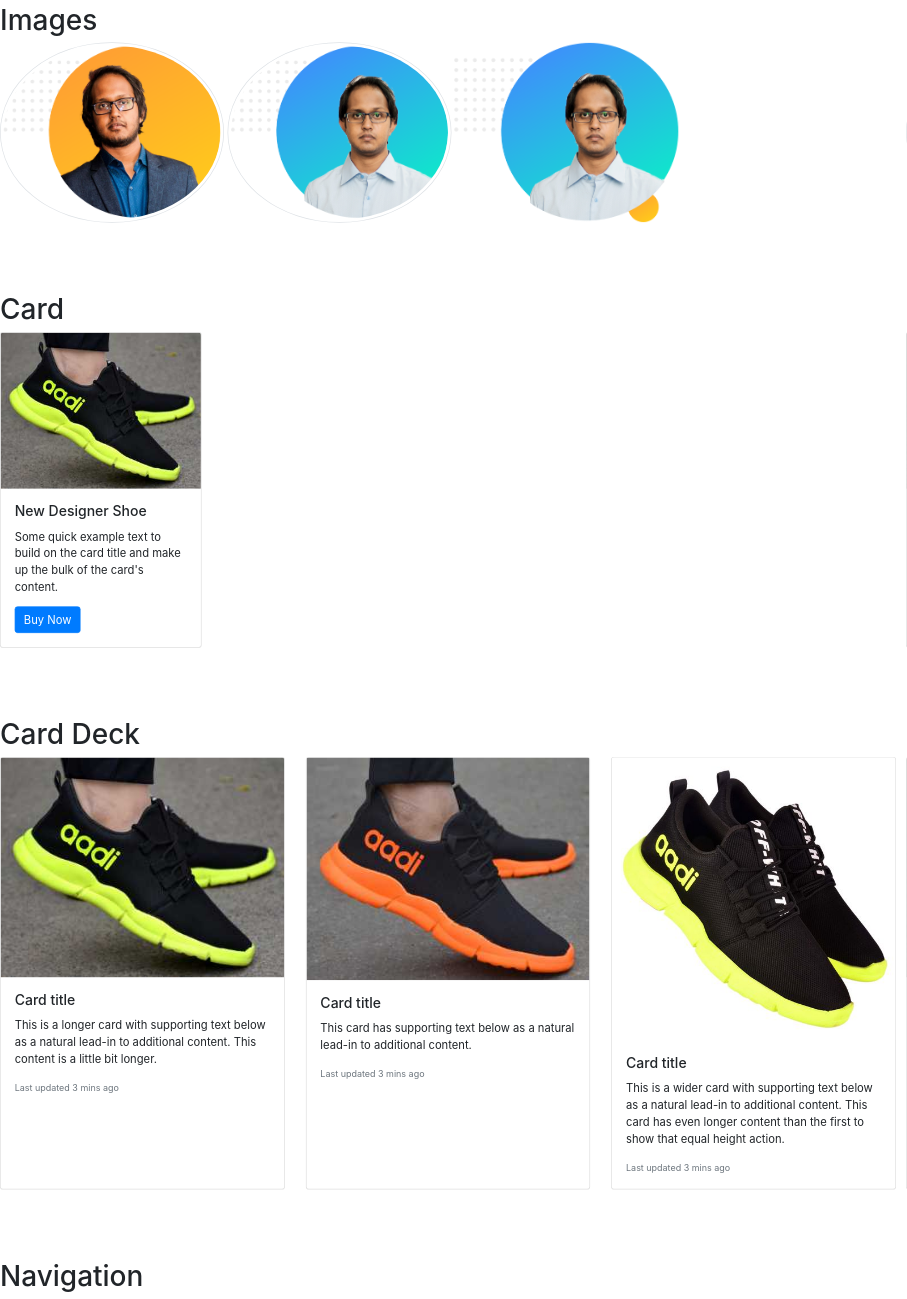
Repository: mohsinfarabi/bootstrap-practice
Page: index.html
These files come from the project's save history. The page is drawn as it stood at one moment and after the next save; the edit follows.
The browser window is 1280 px wide. The page is 1295 px wide, so the pictures cover 1295 px, including what lies to the right of the window. The pictures show the part of the page from y = 1165 to 3045 px (the page is 3021 px tall before and 3045 px after), at 70% of full size.

Above is the page before, as saved 2020-07-06 03:18:09.

### index.html
<!DOCTYPE html>
<html lang="en">

<head>
    <meta charset="UTF-8">
    <meta name="viewport" content="width=device-width, initial-scale=1.0">
    <title>Document</title>
    <link rel="stylesheet" href="css\bootstrap\css\bootstrap.min.css">
    <style>
        h1 {
            margin-top: 100px;
        }
    </style>
</head>

<body>
    <h1>Hello From Bootstrap</h1>
    <h1>Buttons</h1>
    <button class="btn btn-primary">My Button</button>
    <button class="btn btn-secondary">My Secondary</button>
    <button class="btn btn-success">Success</button>
    <button class="btn btn-warning">Warning</button>
    <button class="btn btn-danger">Danger</button>

    <h1>Colors</h1>
    <p class="text-primary">This is my first paragraph</p>
    <p class="text-danger">I am the dangerman</p>

    <h1>Backgrounds</h1>
    <div class="bg-primary text-white">
        <h1>My news</h1>
        <p>I am Learning Bootstrap</p>
    </div>
    <div class="bg-warning text-white">
        <h1>My Hobby</h1>
        <p>Scroll facebook and watch moview</p>
    </div>

    <h1>Images</h1>
    <img src="images/profile1.png" class="img-fluid w-25 rounded-circle img-thumbnail" alt="">
    <img src="images/profile2.png" class="img-fluid w-25 rounded-circle img-thumbnail" alt="">
    <img src="images/profile2.png" class="img-fluid w-25" alt="">

    <h1>Card</h1>
    <div class="card" style="width: 18rem;">
        <img src="images/card1.jpeg" class="card-img-top" alt="...">
        <div class="card-body">
            <h5 class="card-title">New Designer Shoe</h5>
            <p class="card-text">Some quick example text to build on the card title and make up the bulk of the card's content.</p>
            <a href="#" class="btn btn-primary">Buy Now</a>
        </div>
    </div>
    <h1>Card Deck</h1>
    <div class="card-deck">
        <div class="card">
            <img src="images/card1.jpeg" class="card-img-top" alt="...">
            <div class="card-body">
                <h5 class="card-title">Card title</h5>
                <p class="card-text">This is a longer card with supporting text below as a natural lead-in to additional content. This content is a little bit longer.</p>
                <p class="card-text"><small class="text-muted">Last updated 3 mins ago</small></p>
            </div>
        </div>
        <div class="card">
            <img src="images/card2.jpeg" class="card-img-top" alt="...">
            <div class="card-body">
                <h5 class="card-title">Card title</h5>
                <p class="card-text">This card has supporting text below as a natural lead-in to additional content.</p>
                <p class="card-text"><small class="text-muted">Last updated 3 mins ago</small></p>
            </div>
        </div>
        <div class="card">
            <img src="images/card4.jpg" class="card-img-top" alt="...">
            <div class="card-body">
                <h5 class="card-title">Card title</h5>
                <p class="card-text">This is a wider card with supporting text below as a natural lead-in to additional content. This card has even longer content than the first to show that equal height action.</p>
                <p class="card-text"><small class="text-muted">Last updated 3 mins ago</small></p>
            </div>
        </div>
    </div>
    <h1>Navigation</h1>
</body>

</html>

Loaded but not shown: css/bootstrap/css/bootstrap.min.css (library)

After the next save:
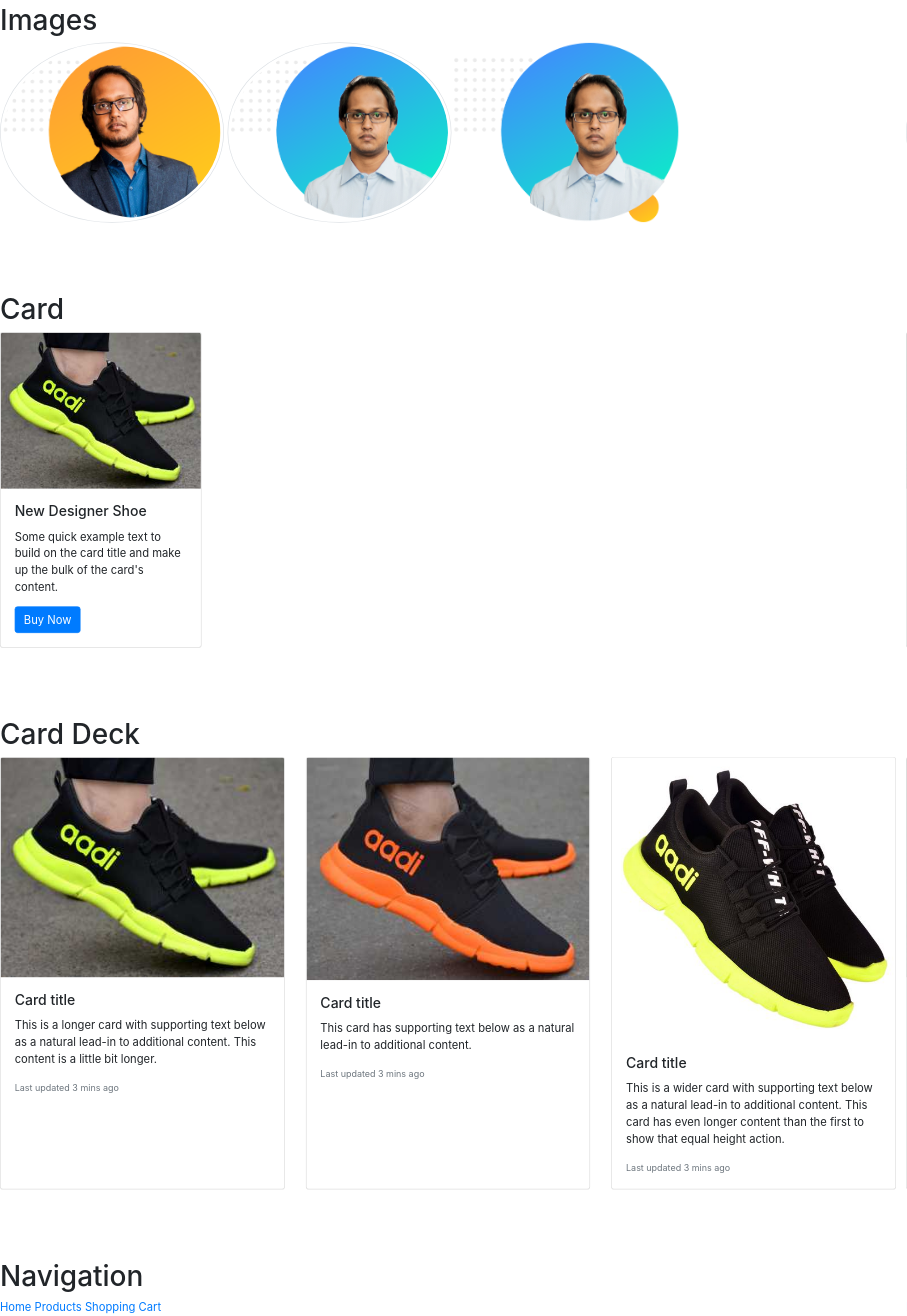
Saved 46 s later.
--- a/index.html
+++ b/index.html
@@ -78,6 +78,11 @@
         </div>
     </div>
     <h1>Navigation</h1>
+    <nav>
+        <a href="">Home</a>
+        <a href="">Products</a>
+        <a href="">Shopping Cart</a>
+    </nav>
 </body>
 
 </html>
